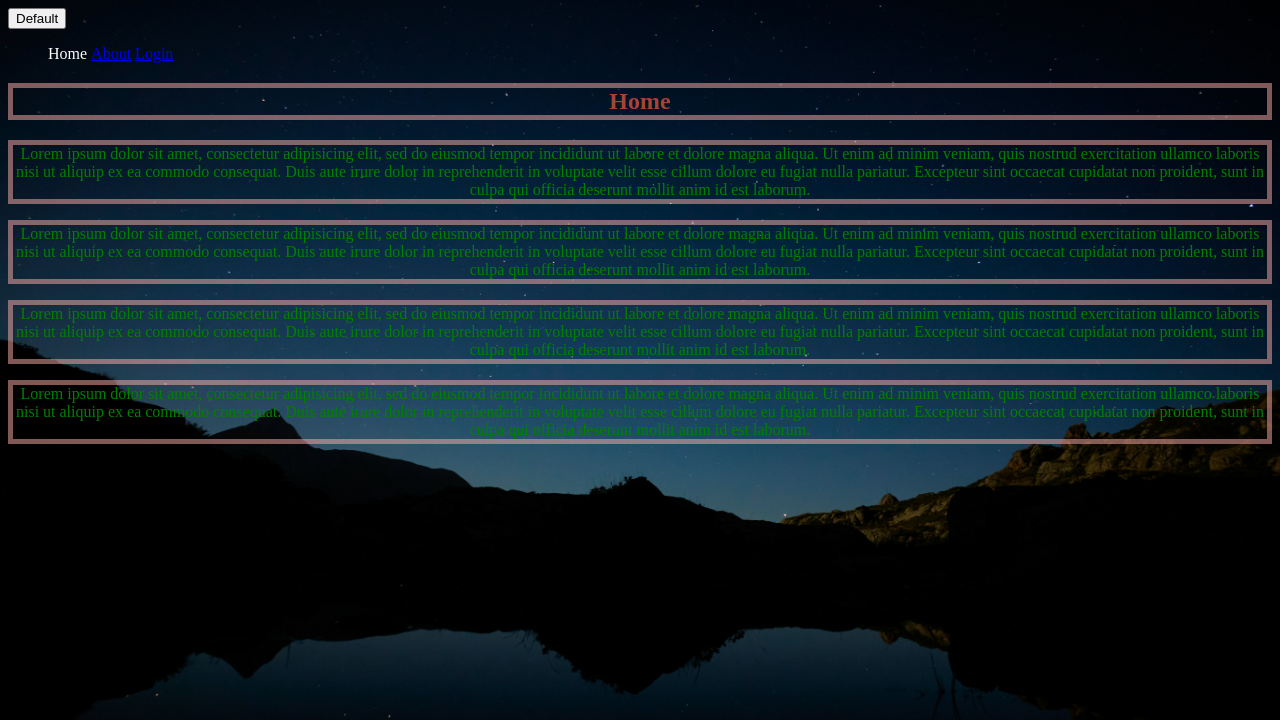
Repository: rileymeye1/ZTM
Page: project_files/index.html
An editor plug-in stored every save of this project. The page is shown before and after the next save, followed by the edit.
The browser window is 1280 px wide. The pictures show the whole page.

Above is the page before, as saved 2024-08-19 16:48:18.

After the next save:
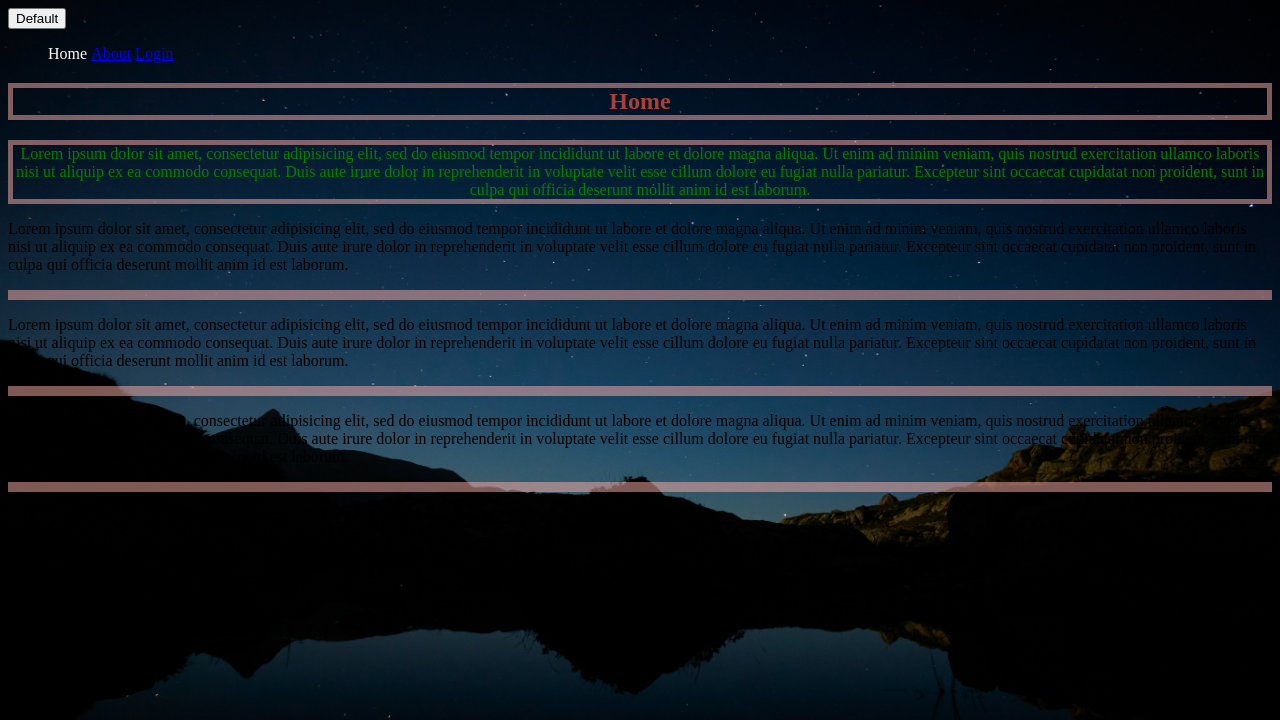
Saved 84 s later.
--- a/project_files/index.html
+++ b/project_files/index.html
@@ -18,30 +18,30 @@
   </header>
   <section>
     <h2>Home</h2>
-    <p>Lorem ipsum dolor sit amet, consectetur adipisicing elit, sed do eiusmod
+    <p class="webtext">Lorem ipsum dolor sit amet, consectetur adipisicing elit, sed do eiusmod
     tempor incididunt ut labore et dolore magna aliqua. Ut enim ad minim veniam,
     quis nostrud exercitation ullamco laboris nisi ut aliquip ex ea commodo
     consequat. Duis aute irure dolor in reprehenderit in voluptate velit esse
     cillum dolore eu fugiat nulla pariatur. Excepteur sint occaecat cupidatat non
     proident, sunt in culpa qui officia deserunt mollit anim id est laborum.</p>
-    <p>Lorem ipsum dolor sit amet, consectetur adipisicing elit, sed do eiusmod
-      tempor incididunt ut labore et dolore magna aliqua. Ut enim ad minim veniam,
-      quis nostrud exercitation ullamco laboris nisi ut aliquip ex ea commodo
-      consequat. Duis aute irure dolor in reprehenderit in voluptate velit esse
-      cillum dolore eu fugiat nulla pariatur. Excepteur sint occaecat cupidatat non
-      proident, sunt in culpa qui officia deserunt mollit anim id est laborum.</p>
-      <p>Lorem ipsum dolor sit amet, consectetur adipisicing elit, sed do eiusmod
-        tempor incididunt ut labore et dolore magna aliqua. Ut enim ad minim veniam,
-        quis nostrud exercitation ullamco laboris nisi ut aliquip ex ea commodo
-        consequat. Duis aute irure dolor in reprehenderit in voluptate velit esse
-        cillum dolore eu fugiat nulla pariatur. Excepteur sint occaecat cupidatat non
-        proident, sunt in culpa qui officia deserunt mollit anim id est laborum.</p>
-        <p>Lorem ipsum dolor sit amet, consectetur adipisicing elit, sed do eiusmod
-          tempor incididunt ut labore et dolore magna aliqua. Ut enim ad minim veniam,
-          quis nostrud exercitation ullamco laboris nisi ut aliquip ex ea commodo
-          consequat. Duis aute irure dolor in reprehenderit in voluptate velit esse
-          cillum dolore eu fugiat nulla pariatur. Excepteur sint occaecat cupidatat non
-          proident, sunt in culpa qui officia deserunt mollit anim id est laborum.</p>
+    <pclass="webtext">Lorem ipsum dolor sit amet, consectetur adipisicing elit, sed do eiusmod
+    tempor incididunt ut labore et dolore magna aliqua. Ut enim ad minim veniam,
+    quis nostrud exercitation ullamco laboris nisi ut aliquip ex ea commodo
+    consequat. Duis aute irure dolor in reprehenderit in voluptate velit esse
+    cillum dolore eu fugiat nulla pariatur. Excepteur sint occaecat cupidatat non
+    proident, sunt in culpa qui officia deserunt mollit anim id est laborum.</p>
+    <pclass="webtext">Lorem ipsum dolor sit amet, consectetur adipisicing elit, sed do eiusmod
+    tempor incididunt ut labore et dolore magna aliqua. Ut enim ad minim veniam,
+    quis nostrud exercitation ullamco laboris nisi ut aliquip ex ea commodo
+    consequat. Duis aute irure dolor in reprehenderit in voluptate velit esse
+    cillum dolore eu fugiat nulla pariatur. Excepteur sint occaecat cupidatat non
+    proident, sunt in culpa qui officia deserunt mollit anim id est laborum.</p>
+    <pclass="webtext">Lorem ipsum dolor sit amet, consectetur adipisicing elit, sed do eiusmod
+    tempor incididunt ut labore et dolore magna aliqua. Ut enim ad minim veniam,
+    quis nostrud exercitation ullamco laboris nisi ut aliquip ex ea commodo
+    consequat. Duis aute irure dolor in reprehenderit in voluptate velit esse
+    cillum dolore eu fugiat nulla pariatur. Excepteur sint occaecat cupidatat non
+    proident, sunt in culpa qui officia deserunt mollit anim id est laborum.</p>
   </section>
 </body>
 </html>
